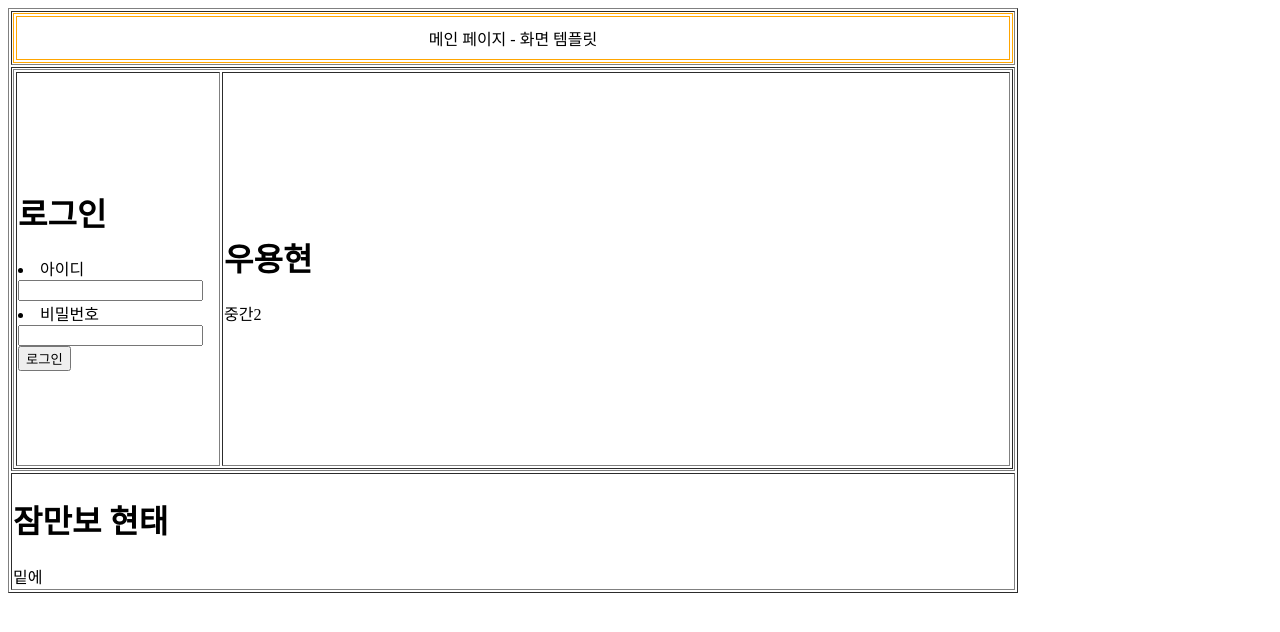
Repository: ikobean/ikoebean
Page: http://localhost/dev_jsp/ch07/index.jsp
These files come from the project's save history. The page is drawn as it stood at one moment and after the next save; the edit follows.
The browser window is 1280 px wide. The pictures show the whole page.
The page is served by Tomcat 9. Other server files are loaded and not shown.

Above is the page before, as saved 2019-07-17 02:17:47.

### workspace_jsp/dev_jsp/WebContent/ch07/index.jsp
<%@ page language="java" contentType="text/html; charset=UTF-8"
    pageEncoding="UTF-8"%>
<!DOCTYPE html>
<html>
<head>
<meta charset="UTF-8">
<title>Insert title here</title>
</head>
<body>
<table border=1 width="1000" height="500">
<!-- top 영억 -->
	<tr>
	<td height="50" >

	<jsp:include page="top.jsp" flush="false"/></td>
	</tr>
<!-- body 영억 -->
	<tr>
		<td>
			<table border=1 width="1000" height="400">
				<tr>
<!-- menu 영억 -->
					<td width="200" >
					<jsp:include page="menu.jsp" flush="false"/>

					</td>
<!-- main 영억 -->
					<td>
					<jsp:include page="main.jsp" flush="false"/>
						중간2
					</td>
				</tr>

			</table>
		</td>
	</tr>
<!-- bottom 영억 -->
	<tr>
		<td height="50">
		<jsp:include page="bottom.jsp" flush="false"/>
		밑에
		</td>
	</tr>
</table>
</body>
</html>

### workspace_jsp/dev_jsp/WebContent/ch07/top.jsp
<%@ page language="java" contentType="text/html; charset=UTF-8"
    pageEncoding="UTF-8"%>
<!DOCTYPE html>
<html>
<head>
<meta charset="UTF-8">
<title>index.jsp페이지에 삽입되므로 title은 보이지 않음.</title>
</head>
<body>

<!-- index.jsp top영역에서 width와 height을 상수로 처리했으므로 %로 처리하면 됨. -->
<table width="100%" height="100%" borderColor="orange" border="1">
	<tr>
		<td align="center">	메인 페이지 - 화면 템플릿 </td>
	</tr>
</table>
</body>
</html>

### workspace_jsp/dev_jsp/WebContent/ch07/menu.jsp
<%@ page language="java" contentType="text/html; charset=UTF-8"
    pageEncoding="UTF-8"%>
<!DOCTYPE html>
<html>
<head>
<meta charset="UTF-8">
<title>Insert title here</title>
</head>
<body>
<h1>로그인</h1>

<li>아이디</li>
<input type="text">
<li>비밀번호</li>
<input type="text">
<input type='button' value="로그인" onclick=alert("암것도없지롱")>
</body>
</html>

### workspace_jsp/dev_jsp/WebContent/ch07/main.jsp
<%@ page language="java" contentType="text/html; charset=UTF-8"
    pageEncoding="UTF-8"%>
<!DOCTYPE html>
<html>
<head>
<meta charset="UTF-8">
<title>Insert title here</title>
</head>
<body>
<h1>우용현</h1>

</body>
</html>

### workspace_jsp/dev_jsp/WebContent/ch07/bottom.jsp
<%@ page language="java" contentType="text/html; charset=UTF-8"
    pageEncoding="UTF-8"%>
<!DOCTYPE html>
<html>
<head>
<meta charset="UTF-8">
<title>Insert title here</title>
</head>
<body>
<h1>잠만보 현태</h1>

</body>
</html>

After the next save:
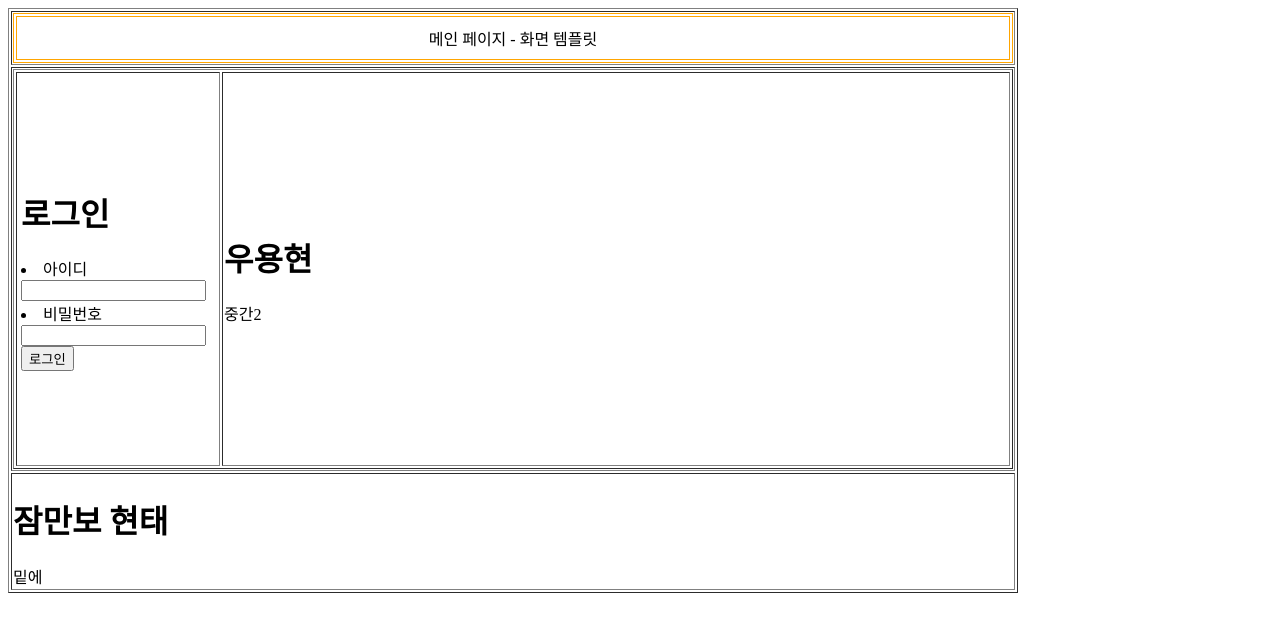
Saved 56 s later.
--- a/workspace_jsp/dev_jsp/WebContent/ch07/menu.jsp
+++ b/workspace_jsp/dev_jsp/WebContent/ch07/menu.jsp
@@ -7,6 +7,9 @@
 <title>Insert title here</title>
 </head>
 <body>
+<table>
+	<tr>
+		<td>
 <h1>로그인</h1>
 
 <li>아이디</li>
@@ -14,5 +17,9 @@
 <li>비밀번호</li>
 <input type="text">
 <input type='button' value="로그인" onclick=alert("암것도없지롱")>
+		</td>
+	</tr>
+
+</table>
 </body>
 </html>
